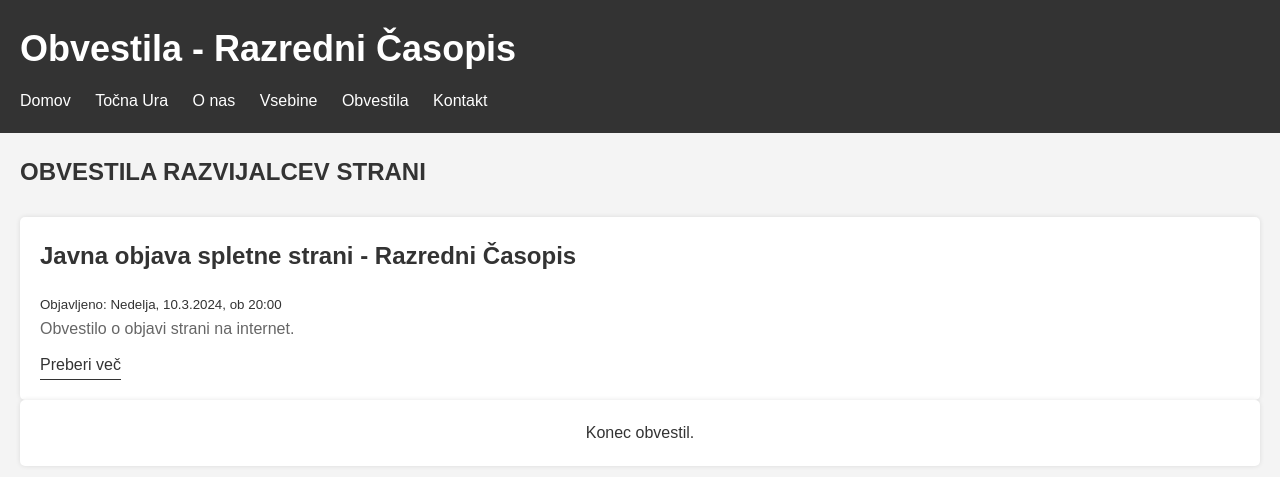
Repository: razrednicasopis/razrednicasopis.github.io
Page: Resources/obvestila.html
An editor plug-in stored every save of this project. The page is shown before and after the next save, followed by the edit.
The browser window is 1280 px wide. The pictures show the whole page.

Above is the page before, as saved 2024-03-12 12:53:16.
Console error: ReferenceError: maintenanceMode is not defined

### Resources/obvestila.html
<!DOCTYPE html>
    <html lang="eu">
        <head>
            <meta charset="UTF-8">
            <meta name="viewport" content="width=device-width, initial-scale=1.0">
            <title>Obvestila - Razredni Časopis</title>
            <link rel="stylesheet" href="styless.css">
            <link rel="stylesheet" href="system.css">
        </head>
            <body>


              <div class="blur-container">
                <div id="vrstica">
                    <header>
                      <h1>Obvestila - Razredni Časopis</h1>
                      <nav>
                        <ul>
                          <li><a href="index.html">Domov</a></li>
                          <li><a href="ura.html">Točna Ura</a></li>
                          <li><a href="o-nas.html">O nas</a></li>
                          <li><a href="vsebine.html">Vsebine </a></li>
                          <li><a href="#">Obvestila</a></li>
                          <li><a href="#" class="showPopupLink">Kontakt</a></li>
                        </ul>
                      </nav>
                    </header>
                    </div>



        <main>
          <section class="obvestilnatabla">
            <h1>OBVESTILA RAZVIJALCEV STRANI</h1><br>
              <article>
                <h2>Javna objava spletne strani - Razredni Časopis</h2>
                <small>Objavljeno: Nedelja, 10.3.2024, ob 20:00</small>
                <p>Obvestilo o objavi strani na internet.</p>
                <a href="#">Preberi več</a>
              </article>
                <p>
                  <article>
                    <p><center>Konec obvestil.</center></p>
                  </article>
                </p>
          </section>
        </main>
      </div>


<!--Pop-ups and other HTML-->
<div id="popupContainer">
  <div id="overlay"></div>
  <div id="popupContent">
      <h1><b>NEDOSEGLJIVE VSEBINE</b></h1>
      <p>Te vsebine bodo na voljo v naslednjih verzijah strani.</p>
      <p>Obiščite <a href="obvestila.html">obvestila</a> za več novic.</p>
      <br>
      <button id="closePopupBtn">V redu</button>
  </div>
</div>

<div id="maintenancePopup">
  <div id="maintenancePopupContent">
    <h1>POVEZAVA IZGUBLJENA</h1>
    <p>Povezava z strežnikom izgubljena zaradi vzdrževanja strani. Prosimo osvežite stran.</p>
    <button id="closeMaintenancePopupBtn">Osveži</button>
  </div>
</div>

          <script src="alerts.js"></script>
          <script src="maintenancemode.js"></script>

            </body>
    </html>

### Resources/styless.css
* {
  margin: 0;
  padding: 0;
  box-sizing: border-box;
}

/* Globalni slogi */
body {
  font-family: Arial, sans-serif;
  line-height: 1.6;
  background-color: #f4f4f4;
  color: #333;
  margin: 0;
  padding: 0;
  max-height: 100vh;
}


.container {
    text-align: center;
    margin-top: 50px;
}

.border-box {
    display: inline-block;
    padding: 200px;
    width: 550px;
    height: 500px;
    border: 5px solid #333; /* Set your desired border color */
    border-radius: 30px; /* Set the border radius for slightly curved corners */
    background-color: #333; /* Set your desired background color inside the border */
}

header {
  background: #333;
  color: #fff;
  padding: 20px;
}

header h1 {
  margin-bottom: 10px;
  font-size: 36px;
}

nav ul {
  list-style: none;
}

nav ul li {
  display: inline;
  margin-right: 20px;
}

nav ul li a {
  color: #fff;
  text-decoration: none;
}

main {
  padding: 20px;
}

section {
  margin-bottom: 30px;
}

section h2 {
  margin-bottom: 15px;
}

article {
  background: #fff;
  padding: 20px;
  border-radius: 5px;
  box-shadow: 0 0 5px rgba(0, 0, 0, 0.1);
}

article h3 {
  margin-bottom: 10px;
}

article p {
  color: #666;
}

article a {
  display: inline-block;
  margin-top: 10px;
  text-decoration: none;
  color: #333;
  border-bottom: 1px solid #333;
  padding-bottom: 2px;
}

article a:hover {
  color: #000;
  border-color: #000;
}



footer {
  text-align: center;
  padding: 30px;
  background-color: #333;
  color: #fff;
  position: absolute;
  bottom: auto;
  width: 100%;
  text-align: center;
}

### Resources/system.css
/* Koda za "Coming Soon" pop-up */

#popupContainer {
    display: none;
    position: fixed;
    top: 50%;
    left: 50%;
    transform: translate(-50%, -50%);
    background-color: #ffffff;
    box-shadow: 0 4px 8px rgba(0, 0, 0, 0.1);
    padding: 20px;
    border-radius: 10px;
    text-align: center;
    z-index: top;
  }

  #popupContent {
    max-width: 400px;
    margin: 0 auto;
  }

  #closePopupBtn {
    background-color: #3498db;
    color: #ffffff;
    padding: 10px 15px;
    border: none;
    border-radius: 5px;
    cursor: pointer;
  }

  #closePopupBtn:hover {
      background-color: #4da8e1;
  }

  #showPopupLink {
    display: inline-block;
    padding: 10px 15px;
    color: #ffffff;
    text-decoration: none;
    border-radius: 5px;
    cursor: pointer;
  }

body.popup-open {
   overflow: hidden;
}

.popup-open .blur-container {
  filter: blur(5px); /* Apply blur effect only when popup is open */
  pointer-events: none;
}

#maintenancePopup {
  display: none;
  position: fixed;
  top: 50%;
  left: 50%;
  transform: translate(-50%, -50%);
  background-color: #ffffff;
  box-shadow: 0 4px 8px rgba(0, 0, 0, 0.1);
  padding: 20px;
  border-radius: 10px;
  text-align: center;
  z-index: 999;
}

#maintenancePopupContent {
  max-width: 400px;
  margin: 0 auto;
}

#closeMaintenancePopupBtn {
  background-color: #3498db;
  color: #ffffff;
  padding: 10px 15px;
  border: none;
  border-radius: 5px;
  cursor: pointer;
  margin-top: 20px;
}

#closeMaintenancePopupBtn:hover {
  background-color: #4da8e1;
}

/* Koda za "Kontakt" obrazec */

#contactform {
    align-self: center;
    }

    .formcontainer {
      text-align: center;
      margin-top: 50px;
      display: flex;
      justify-content: center;
      align-items: flex-start; /* Align items at the top */
  }

  .border-box {
      display: inline-block;
      padding: 20px;
      width: 550px;
      height: 500px;
      border: 5px solid #333; /* Set your desired border color */
      border-radius: 30px; /* Set the border radius for slightly curved corners */
      background-color: #333; /* Set your desired background color inside the border */
  }

  form input,
form textarea {
    width: calc(100% - 40px); /* Adjusted width with a bit of padding on each side */
    padding: 10px; /* Increased padding for better readability */
    margin-bottom: 5px; /* Increased spacing between input areas */
    margin-top: 25px; /* Move input areas slightly lower */
    height: 40px; /* Increased height to make input areas bigger */
}

form select{
width: calc(100% - 40px); /* Adjusted width with a bit of padding on each side */
padding: 10px; /* Increased padding for better readability */
margin-bottom: 5px;
margin-top: 20px; /* Move input areas slightly lower */
height: 40px; /* Height of input areas */
border: 1px solid #ccc; /* Border style */
border-radius: 5px; /* Border radius */
font-size: 16px; /* Font size */
}

form textarea {
  height: 120px;
}

/* Form Submit Button Styles */

/* Your existing CSS code */
/* Koda za "Coming Soon" pop-up */

#popupContainer {
  display: none;
  position: fixed;
  top: 50%;
  left: 50%;
  transform: translate(-50%, -50%);
  background-color: #ffffff;
  box-shadow: 0 4px 8px rgba(0, 0, 0, 0.1);
  padding: 20px;
  border-radius: 10px;
  text-align: center;
  z-index: top;
}


#popupContent {
  max-width: 400px;
  margin: 0 auto;
}

#closePopupBtn {
  background-color: #3498db;
  color: #ffffff;
  padding: 10px 15px;
  border: none;
  border-radius: 5px;
  cursor: pointer;
}

#closePopupBtn:hover {
    background-color: #4da8e1;
}

#showPopupLink {
  display: inline-block;
  padding: 10px 15px;
  color: #ffffff;
  text-decoration: none;
  border-radius: 5px;
  cursor: pointer;
}

body.popup-open {
 overflow: hidden;
}

body.blur {
filter: blur(5px);
pointer-events: none;
z-index: 1;
}

/* Koda za "Kontakt" obrazec */

#contactform {
  align-self: center;
}

.formcontainer {
  text-align: center;
  margin-top: 50px;
  display: flex;
  justify-content: center;
  align-items: flex-start; /* Align items at the top */
}

.border-box {
  display: inline-block;
  padding: 20px;
  width: 550px;
  height: 500px;
  border: 5px solid #333; /* Set your desired border color */
  border-radius: 30px; /* Set the border radius for slightly curved corners */
  background-color: #333; /* Set your desired background color inside the border */
}

form input,
form textarea {
  width: calc(100% - 40px); /* Adjusted width with a bit of padding on each side */
  padding: 10px; /* Increased padding for better readability */
  margin-bottom: 5px; /* Increased spacing between input areas */
  margin-top: 25px; /* Move input areas slightly lower */
  height: 40px; /* Increased height to make input areas bigger */
}

form select{
width: calc(100% - 40px); /* Adjusted width with a bit of padding on each side */
padding: 10px; /* Increased padding for better readability */
margin-bottom: 5px;
margin-top: 20px; /* Move input areas slightly lower */
height: 40px; /* Height of input areas */
border: 1px solid #ccc; /* Border style */
border-radius: 5px; /* Border radius */
font-size: 16px; /* Font size */
}

form textarea {
height: 120px;
}

/* Combined CSS for Blob Button */

*, *:before, *:after {
  box-sizing: border-box;
  margin: 0;
  padding: 0;
}

.buttons {
  margin-top: 2 0px;
  text-align: center;
  border-radius: 30px;
}

.blob-btn {
  z-index: 1;
  position: relative;
  padding: 20px 150px;
  margin-bottom: 40px;
  margin-top: 10px;
  text-align: center;
  text-transform: uppercase;
  color: #0505A9;
  font-size: 16px;
  font-weight: bold;
  background-color: transparent;
  outline: none;
  border: none;
  transition: color 0.5s;
  cursor: pointer;
  border-radius: 30px;
}
.blob-btn:before {
  content: "";
  z-index: 1;
  position: absolute;
  left: 0;
  top: 0;
  width: 100%;
  height: 100%;
  border: 2px solid #0505A9;
  border-radius: 30px;
}
.blob-btn:after {
  content: "";
  z-index: -2;
  position: absolute;
  left: 3px;
  top: 3px;
  width: 100%;
  height: 100%;
  transition: all 0.3s 0.2s;
  border-radius: 30px;
}
.blob-btn:hover {
  color: #FFFFFF;
  border-radius: 30px;
}
.blob-btn:hover:after {
  transition: all 0.3s;
  left: 0;
  top: 0;
  border-radius: 30px;
}
.blob-btn__inner {
  z-index: -1;
  overflow: hidden;
  position: absolute;
  left: 0;
  top: 0;
  width: 100%;
  height: 100%;
  border-radius: 30px;
  background: #ffffff;
}
.blob-btn__blobs {
  position: relative;
  display: block;
  height: 100%;
  filter: url("#goo");
}
.blob-btn__blob {
  position: absolute;
  top: 2px;
  width: 30%;
  height: 100%;
  background: #0505A9;
  border-radius: 100%;
  transform: translate3d(0, 150%, 0) scale(1.7);
  transition: transform 0.45s;
}
@supports (filter: url("#goo")) {
  .blob-btn__blob {
    transform: translate3d(0, 150%, 0) scale(1.4);
  }
}
.blob-btn__blob:nth-child(1) {
  left: 0%;
  transition-delay: 0s;
}
.blob-btn__blob:nth-child(2) {
  left: 30%;
  transition-delay: 0.08s;
}
.blob-btn__blob:nth-child(3) {
  left: 60%;
  transition-delay: 0.16s;
}
.blob-btn__blob:nth-child(4) {
  left: 90%;
  transition-delay: 0.24s;
}
.blob-btn:hover .blob-btn__blob {
  transform: translateZ(0) scale(1.7);
}

/* Define the keyframes for the pulse effect */
@keyframes pulse {
  0% {
    box-shadow: 0 0 0 0 rgba(255, 255, 255, 0.7); /* Initial box shadow color, adjust to match button color */
  }
  50% {
    box-shadow: 0 0 0 20px rgba(255, 255, 255, 0); /* Intermediate box shadow color */
  }
  100% {
    box-shadow: 0 0 0 0 rgba(255, 255, 255, 0); /* Final box shadow color */
  }
}

/* Apply the animation to the button when it's clicked or focused */
.blob-btn:active, .blob-btn:focus {
  animation: pulse 0.3s ease-in-out; /* Adjust the duration to control the pulse speed */
}

@supports (filter: url("#goo")) {
  .blob-btn:hover .blob-btn__blob {
    transform: translateZ(0) scale(1.5);
  }
}

/* CSS za uro */

.clock {
  margin-top: 6cm;
  text-align: center;
  font-size: 3em;
}

/*CSS za vse stranske nav skupine razen za glavno */

.seznamvsebin {
  display: inline-block;
  vertical-align: bottom;
  width: calc(20% - 4px); /* Adjust width to accommodate border */
  box-sizing: border-box;
  margin: 40px;
  border: 3px solid #000; /* Border thickness */
  height: 750px; /* Set desired height */
  /* Additional styling for seznamvsebin if needed */
  background-color: #f2f2f2;

}

.seznamvsebin nav {
    justify-content: center;
    padding: 30px;

}

.seznamvsebin nav a {
      display: inline-block;
      padding: 5px 10px;
      color: #000000;
      text-align: center;
      text-decoration: none;
      margin-bottom: 5px;
      border: 2px, transparent;
      border-radius: 5px;
      transition: linear, border 0.1s linear;
      font-weight: bold;
}


.seznamvsebin nav a:hover {
    background-color: #e0e0e0;
    border: 2px solid #000000
}

.NoviceContent {
  float: right; /* Align to the right */
  width: calc(80% - 250px); /* Adjusted width */
  box-sizing: border-box;
  margin-top: 100px;
}

.NoviceContent p {
  margin-bottom: 20px;
}

#dynamicText {
  float: right; /* Align to the right */
  width: calc(89% - 250px); /* Adjusted width */
  box-sizing: border-box;
  margin-top: 90px;
}

#dynamicText article {
  width: 99%;
}

/* Pravila Obrazca CSS */

.pravilaobrazca {
  height: 630px;
}

.pravilaobrazca_opozorilo {
  margin-top: 275px; /* Keeps this div at the bottom */
  color: #666; /* Change text color if desired */
}

/* Random CSS */

/* CSS for the admin credits list */

.creditscontainer {
  display: flex;
  flex-wrap: wrap;
}

.creditslist {
  flex: 1;
  margin: 10px;
  padding: 0;
  list-style-type: none;
}

.creditslist li {
  margin-bottom: 5px;
}

.adminlist article {
  min-height: 225px;
}

/* Članki CSS */

.člankimargin {
  margin-top: 20px;
}

.člankimargin article {
  width: 99%;
  margin-left: 10px;
  height: 20.5cm;
}

.člankitext {
  margin-bottom: 75px;
  font-size: 25px;
}

.člankitext2 {
  font-size: 14.5px;
}

.člankitext3 {
  font-size: 18px;
}

#vitin_spis {
  font-size: 20px;
}

#grinchtext {
  font-size: 20px;
}

#grinchimg img {
  width: 20%;
  height: 20%
}

/* CSS za mediji.html */

.shrambaslik {
  float: right; /* Align to the right */
  width: calc(89% - 250px); /* Adjusted width */
  box-sizing: border-box;
  margin-top: 90px;
}

.shrambaslik img[id="1"] {
  width: 25%;
  height: 25%;
}

.shrambaslik img[id="2"] {
  width: 10%;
  height: 5%;
  margin-left: 2%;
}

### Resources/alerts.js
 document.addEventListener('DOMContentLoaded', function () {
        document.querySelectorAll('.showPopupLink').forEach(function (link) {
            link.addEventListener('click', function (event) {
                event.preventDefault();
                document.getElementById('popupContainer').style.display = 'block';
                document.body.classList.add('popup-open');
            });
        });

        document.getElementById('closePopupBtn').addEventListener('click', function () {
            document.getElementById('popupContainer').style.display = 'none';
            document.body.classList.remove('popup-open');
        });
    });

    //Maintenance mode pop-up

    document.addEventListener('DOMContentLoaded', function ()  {
        function toggleMaintenancePopup(show) {
            var maintenancePopup = document.getElementById('maintenancePopup');
            if (maintenancePopup) {
                maintenancePopup.style.display = show ? 'block' : 'none';
                document.body.classList.toggle('popup-open', show);
                console.log(Error);
            }
        }


    function checkMaintenanceStatus() {
        setInterval(function () {


            toggleMaintenancePopup(maintenanceMode);

        }, 1000);
    }

    document.getElementById('closeMaintenancePopupBtn').addEventListener('click', function ()  {
        location.reload();
    });

    checkMaintenanceStatus();
});

Loaded but not shown: Resources/maintenancemode.js (no stored copy; drawn as an empty file)

After the next save:
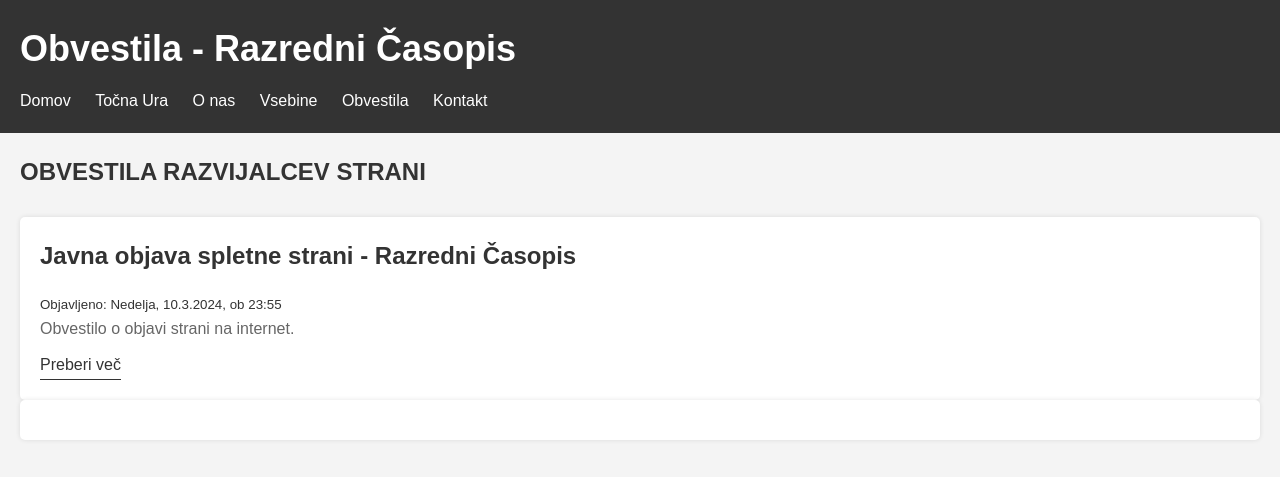
Saved 2 min 42 s later.
--- a/Resources/obvestila.html
+++ b/Resources/obvestila.html
@@ -3,7 +3,7 @@
         <head>
             <meta charset="UTF-8">
             <meta name="viewport" content="width=device-width, initial-scale=1.0">
-            <title>Obvestila - Razredni Časopis</title>
+            <title>Obvestila</title>
             <link rel="stylesheet" href="styless.css">
             <link rel="stylesheet" href="system.css">
         </head>
@@ -34,13 +34,13 @@
             <h1>OBVESTILA RAZVIJALCEV STRANI</h1><br>
               <article>
                 <h2>Javna objava spletne strani - Razredni Časopis</h2>
-                <small>Objavljeno: Nedelja, 10.3.2024, ob 20:00</small>
+                <small>Objavljeno: Nedelja, 10.3.2024, ob 23:55</small>
                 <p>Obvestilo o objavi strani na internet.</p>
-                <a href="#">Preberi več</a>
+                <a href="obvestilo1.html">Preberi več</a>
               </article>
                 <p>
                   <article>
-                    <p><center>Konec obvestil.</center></p>
+
                   </article>
                 </p>
           </section>
